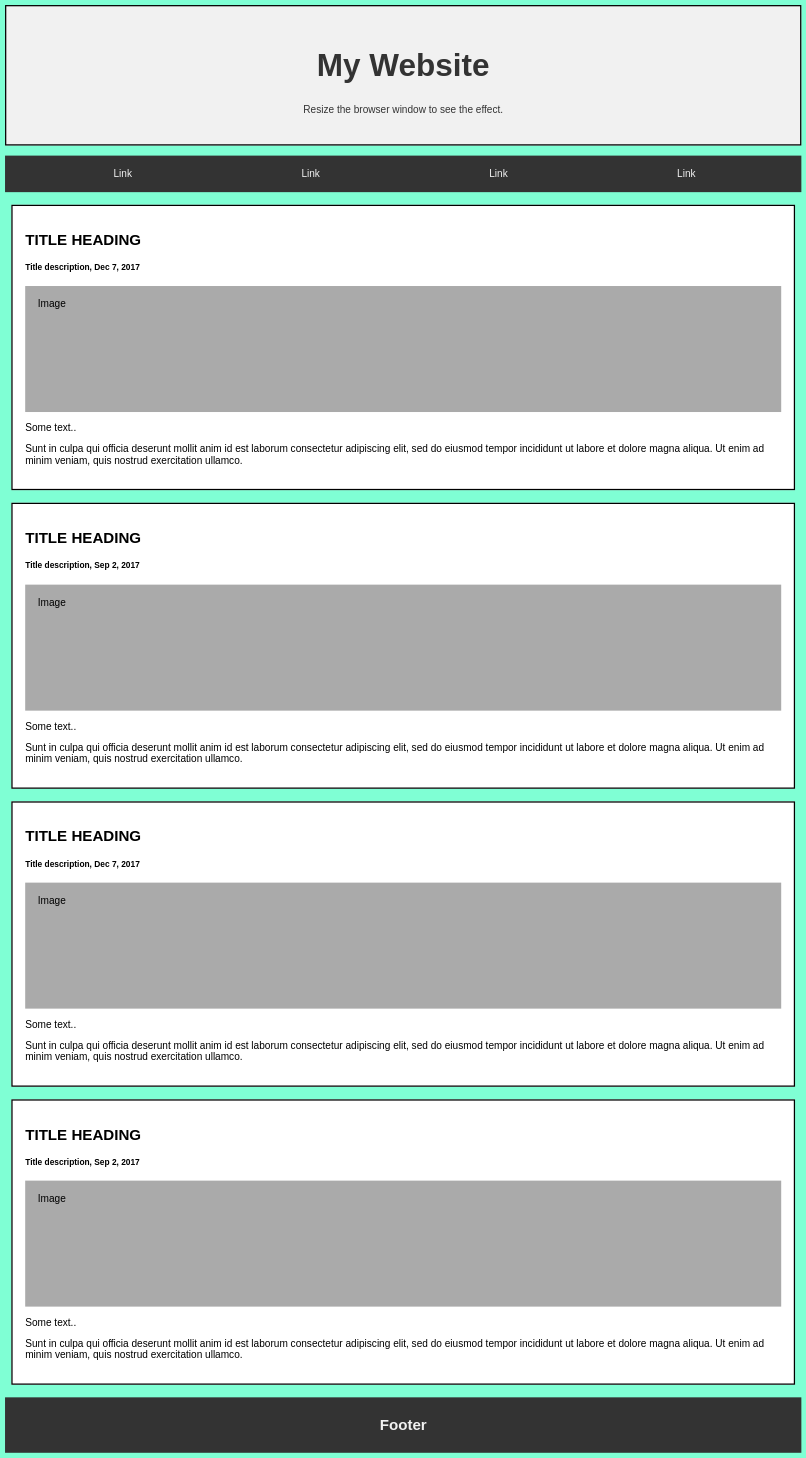
Repository: Divineridh/LPPAChallenges
Page: Trabajos en Clase/ejercicio web responsive/ejercicio.html
An editor plug-in stored every save of this project. The page is shown before and after the next save, followed by the edit.
The browser window is 1280 px wide. The pictures show the whole page, at 63% of full size.

Above is the page before, as saved 2022-05-03 21:20:12.

After the next save:
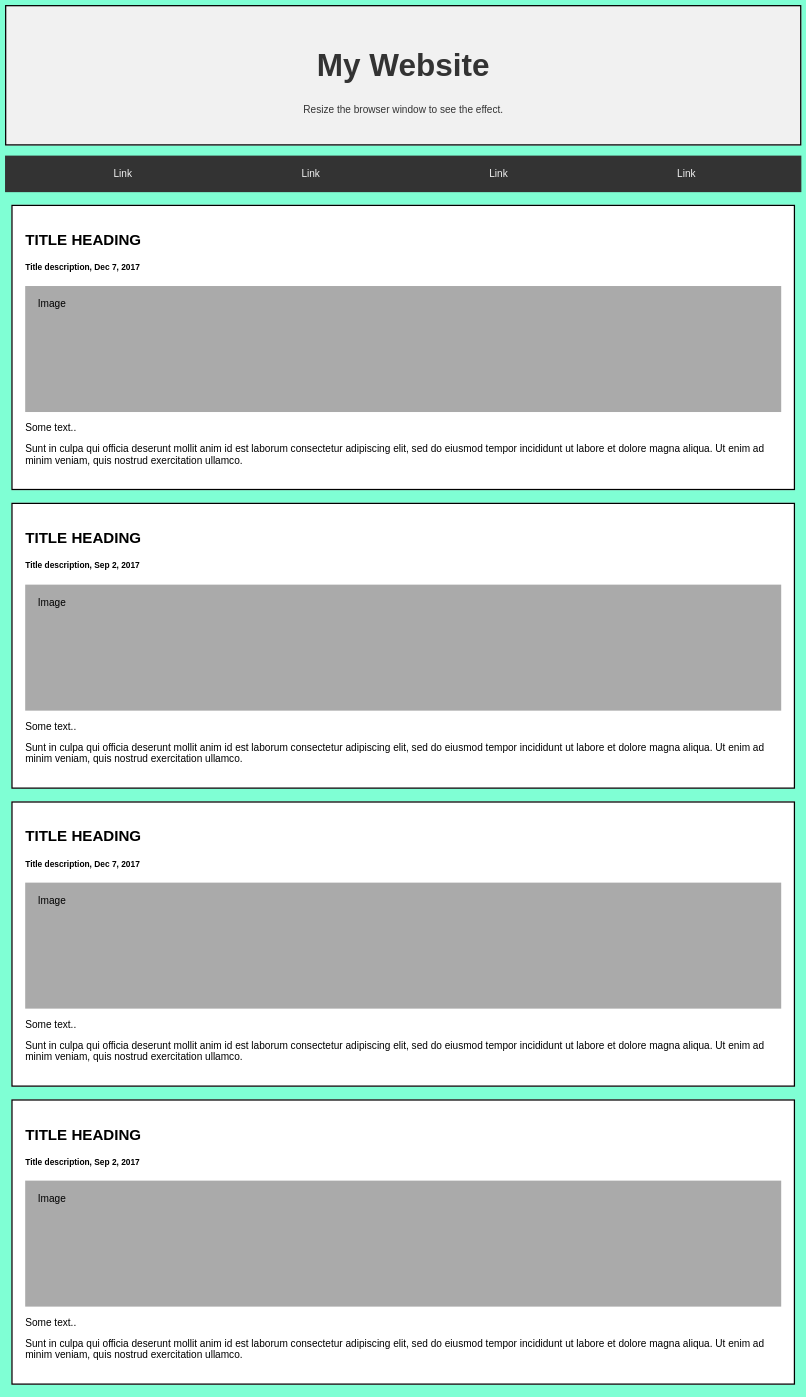
Saved 41 s later.
--- a/Trabajos en Clase/ejercicio web responsive/media.css
+++ b/Trabajos en Clase/ejercicio web responsive/media.css
@@ -14,4 +14,7 @@
     body {
         background-color: aquamarine;
     }
+    .footer {
+        display: none;
+    }
 }
